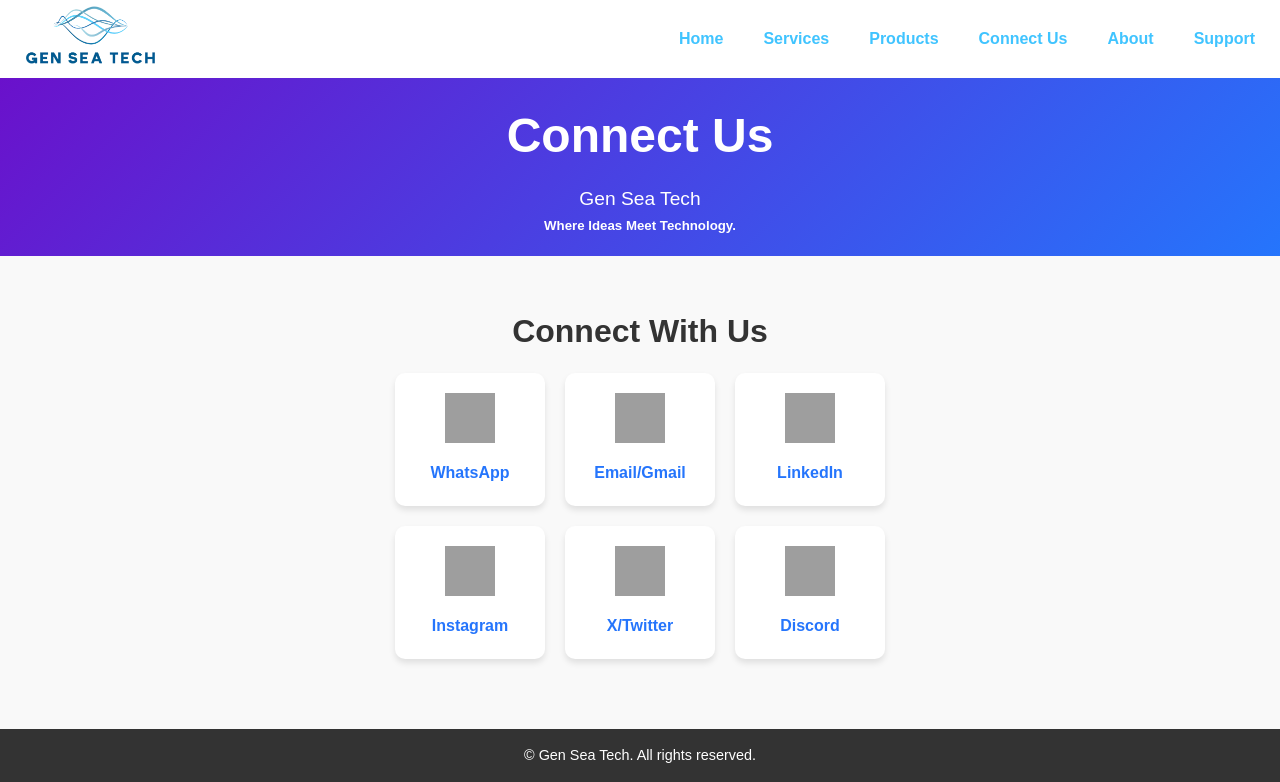
Repository: aniketkhatawkar/Gen_Sea_Tech
Page: http://localhost/GenSeaTech/connectus.jsp
An editor plug-in stored every save of this project. The page is shown before and after the next save, followed by the edit.
The browser window is 1280 px wide. The pictures show the whole page.
Pictures or frames that could not be fetched are drawn as grey boxes. The page is served by Tomcat 10.

Above is the page before, as saved 2024-12-14 09:00:28.

After the next save:
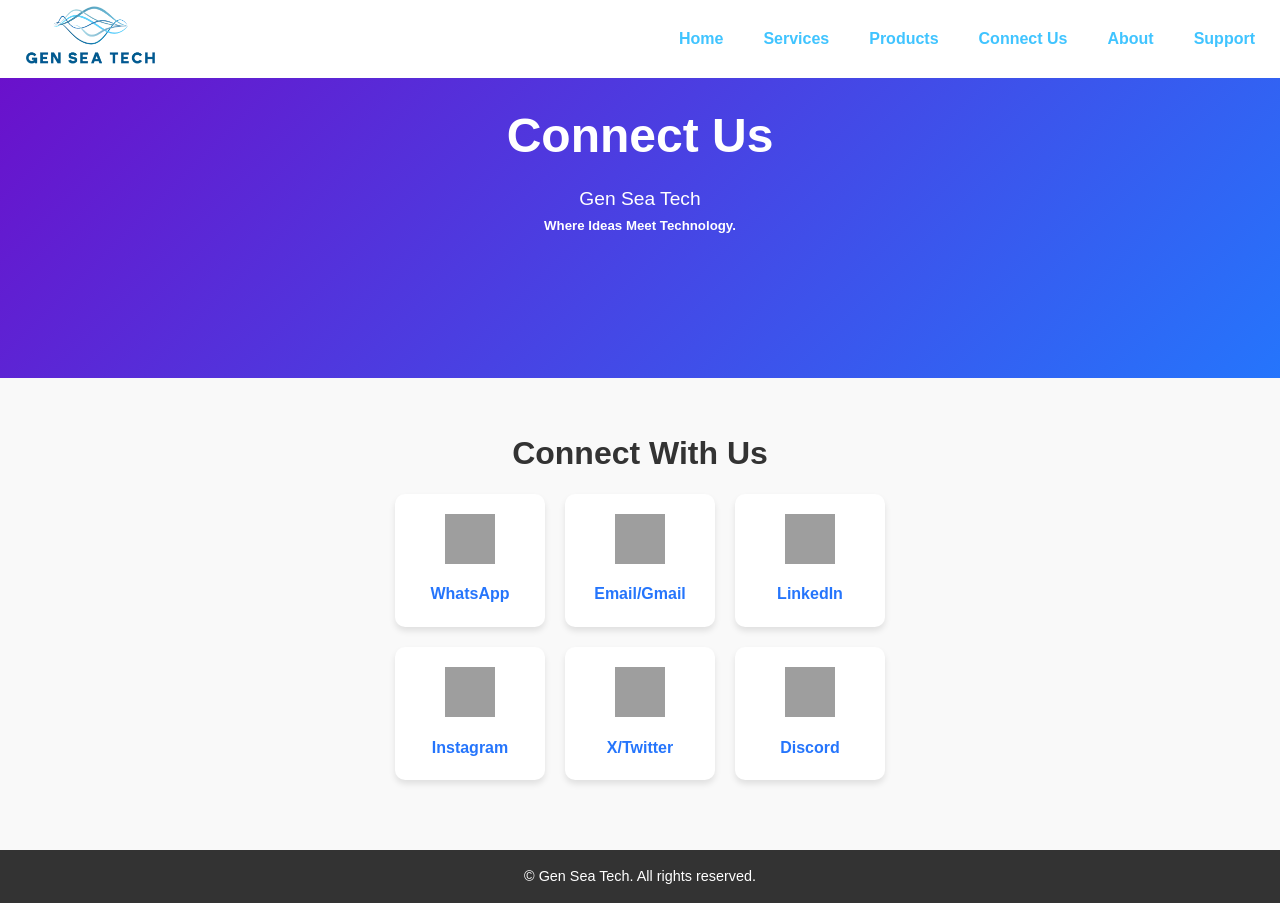
Saved 76 s later.
--- a/GenSeaTech/src/main/webapp/connectus.jsp
+++ b/GenSeaTech/src/main/webapp/connectus.jsp
@@ -19,13 +19,14 @@
         overflow-x: hidden;
     }
 
-    header {
+header {
     background: linear-gradient(135deg, #6a11cb, #2575fc),
                 url("assets/Internships2.jpg") no-repeat center center;
     background-size: cover;
     color: white;
     padding: 20px 10px;
     text-align: center;
+    height: 300px; /* Adjust height as needed */
 }
 
     header h1 {
